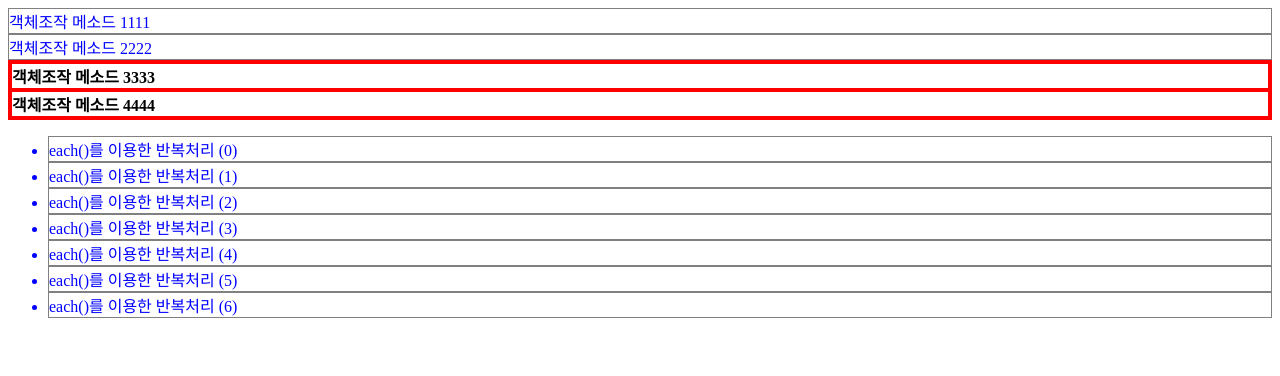
Repository: KangSuA/JSP
Page: webApp/src/main/webapp/jquery/jq06_object.html
The author's editor kept a copy of each file at every save. The page is drawn from the files as they stood at one save, then again after the next save.
The browser window is 1280 px wide. The pictures show the whole page.

Above is the page before, as saved 2023-02-14 07:19:12.
Console error: ReferenceError: tab is not defined

### webApp/src/main/webapp/jquery/jq06_object.html
<!DOCTYPE html>
<html>
<head>
<meta charset="UTF-8">
<title>Insert title here</title>
<script src="https://cdnjs.cloudflare.com/ajax/libs/jquery/3.6.3/jquery.min.js" ></script>
<style>
	div{border:2px solid red; marign:5px;}
	.c1{color:blue; border:1px solid gray;}
</style>
<script>
	$(function(){
		//객체 감싸기
		//wrap() : 선택자를 특정 태그로 각각 감쌈
		$('.c1').wrap('<h1/>');
		//wrapAll() : 선택자를 특정태그로 한번에 감쌈
		$('.c2').wrapAll('<div/>');
		//wrapInner() : 선택자의 하위를 특정 태그로 감쌈
		$('.c2').wrapInner('<b/>');
		//unwrap() : 선택자의 부모를 삭제
		$('.c1').unwrap();

		//each() : 선택한 객체를 순서대로 반복적용할 수 있는 반복문
		//$('#list>li').text("<img src='../img/bar.png'/>");
		//$('#list>li').html("<img src='../img/bar.png'/>");
		$("#list>li").each(function(idx, obj) {
			$(obj).html("each()를 이용한 반복처리 ("+idx+")");
			$(obj).addClass('c1');
		});

		//map() : 배열을 이용한 반복문
		var hobby = ['걷기','달리기','경보','싸이클','바이크','뒤로걷기','옆으로걷기'];
		//배열을 이용해 <select>태그를 만들어 body의 첫번째 태그로 추가
		var tag = "<select>";

		hobby.map(function(txt ,idx){
			tab+="<option>"+txt+"_"+idx+"</option>";
		});

		tab+="</select>";

		console.log(tag);

		//append() : 마지막으로 들어감.. 원래내용 안지워짐
		//html() : 원래있는 내용이 지워지고 새로운 내용으로 변경
		//prepend() : 처음으로 들어감. 원래내용 안지워짐
		$('body').prepend(tag);

	});
</script>
</head>
<body>

<div class="c1">객체조작 메소드 1111</div>
<div class="c1">객체조작 메소드 2222</div>
<div class="c2">객체조작 메소드 3333</div>
<div class="c2">객체조작 메소드 4444</div>

<ul id="list">
	<li>객체조작 메소드 AAAA</li>
	<li>객체조작 메소드 BBBB</li>
	<li>객체조작 메소드 CCCC</li>
	<li>객체조작 메소드 DDDD</li>
	<li>객체조작 메소드 EEEE</li>
	<li>객체조작 메소드 FFFF</li>
	<li>객체조작 메소드 GGGG</li>
</ul>

</body>
</html>

After the next save:
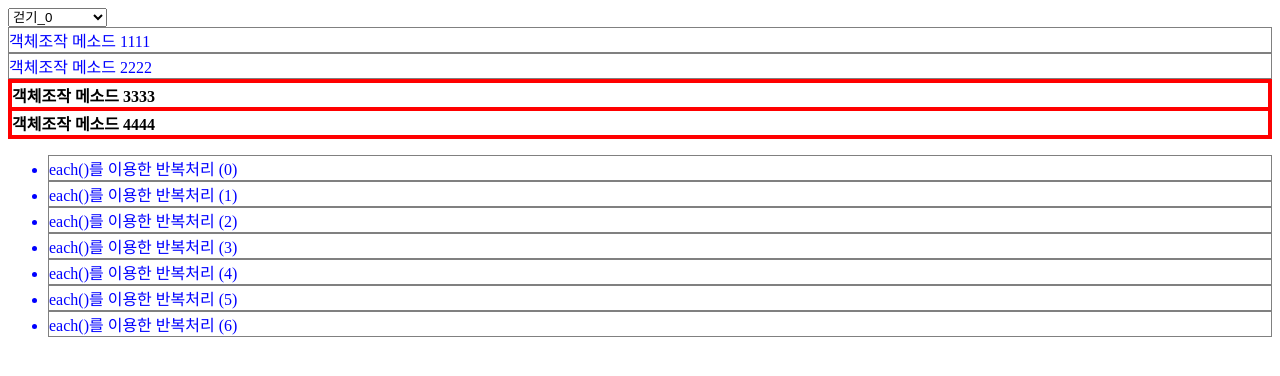
The error is gone.
Saved 25 s later.
--- a/webApp/src/main/webapp/jquery/jq06_object.html
+++ b/webApp/src/main/webapp/jquery/jq06_object.html
@@ -34,10 +34,10 @@
 		var tag = "<select>";
 
 		hobby.map(function(txt ,idx){
-			tab+="<option>"+txt+"_"+idx+"</option>";
+			tag+="<option>"+txt+"_"+idx+"</option>";
 		});
 
-		tab+="</select>";
+		tag+="</select>";
 
 		console.log(tag);
 
